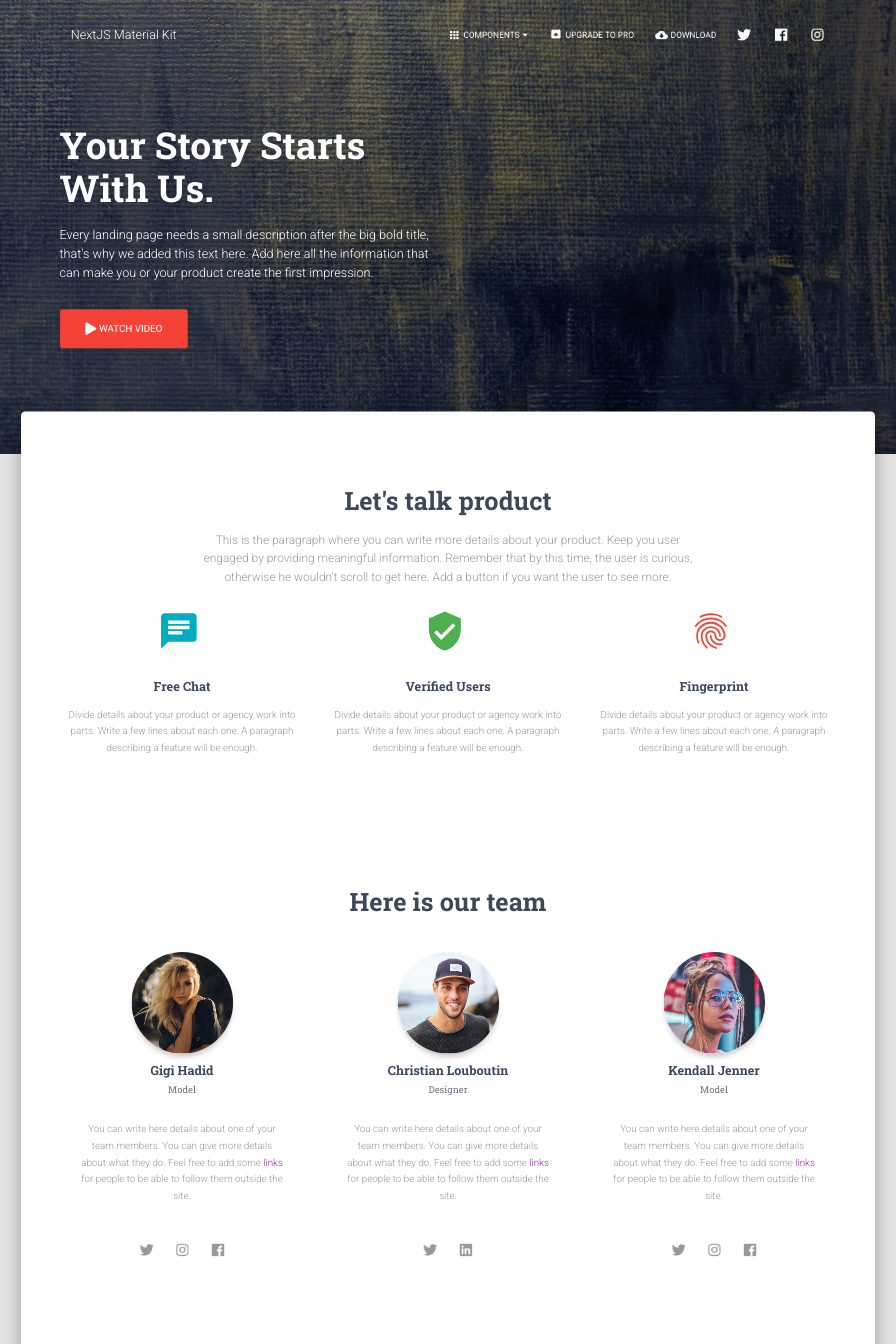
Repository: marcusdashe/bimuan-tech
Page: /
An editor plug-in stored every save of this project. The page is shown before and after the next save, followed by the edit.
The browser window is 1280 px wide. The pictures show the part of the page from y = 0 to 1920 px (the page is 2679 px tall), at 70% of full size.
Some web libraries are served in a nearby version. The project was rebuilt for these pictures with package versions that can differ from the ones it lists, and the page was loaded fresh each time. The framework's server and built-in components were replaced by stand-ins that run in the browser. Also part of the build but not shown: next.config.js.

Above is the page before, as saved 2023-10-30 13:37:09.

After the next save:
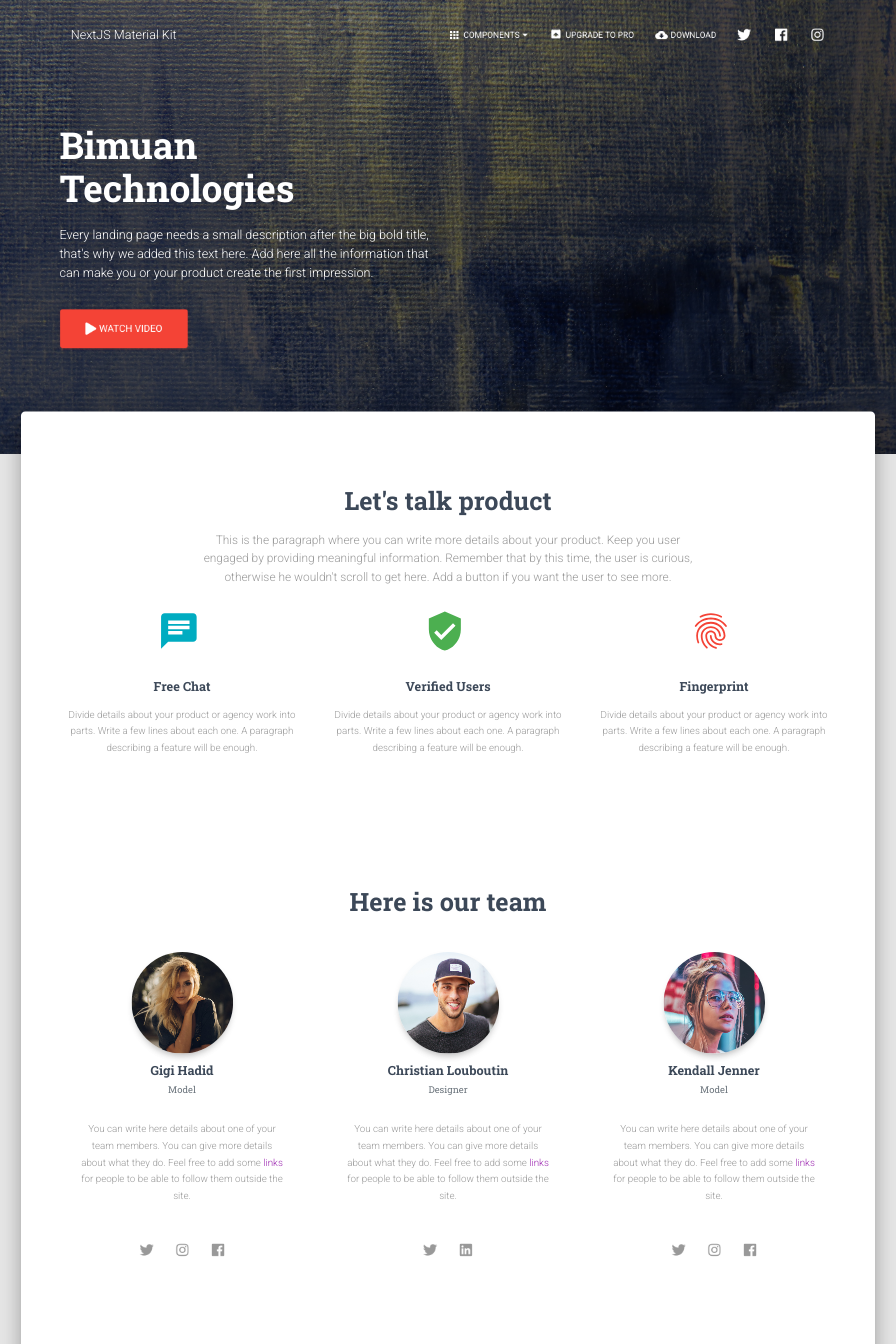
Saved 54 s later.
--- a/pages/index.js
+++ b/pages/index.js
@@ -60,7 +60,7 @@
         <div className={classes.container}>
           <GridContainer>
             <GridItem xs={12} sm={12} md={6}>
-              <h1 className={classes.title}>Your Story Starts With Us.</h1>
+              <h1 className={classes.title}>Bimuan Technologies</h1>
               <h4>
                 Every landing page needs a small description after the big bold
                 title, that{"'"}s why we added this text here. Add here all the
